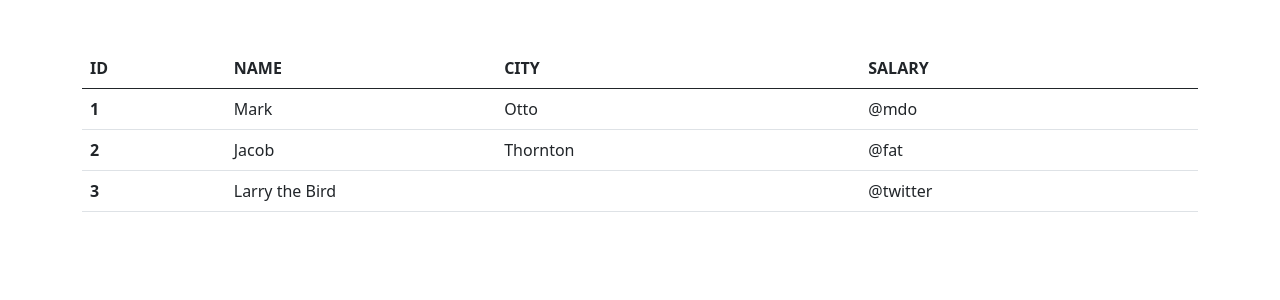
Repository: raypritam49000/SpringFrameworkProjects
Page: http://localhost/SpringMvcHibernateTemplateDemo/WEB-INF/views/index.jsp
These files come from the project's save history. The page is drawn as it stood at one moment and after the next save; the edit follows.
The browser window is 1280 px wide. The pictures show the whole page.
The page is served by Tomcat 9. Nobody is signed in. Other server files are loaded and not shown. The template is opened directly, without the code that normally fills it, so the values that code supplies are empty.

Above is the page before, as saved 2022-08-01 11:02:28.

### SpringMvcHibernateTemplateDemo/src/main/webapp/WEB-INF/views/index.jsp
<%@ page language="java" contentType="text/html; charset=ISO-8859-1"
	pageEncoding="ISO-8859-1"%>
<%@ taglib prefix="c" uri="http://java.sun.com/jsp/jstl/core"%>
<!DOCTYPE html>
<html>
<head>
<meta charset="ISO-8859-1">
<title>List Of User</title>
<%@ include file="bootstrap.jsp"%>
</head>
<body>
	<div class="container mt-5">
		<table class="table">
			<thead>
				<tr>
					<th scope="col">ID</th>
					<th scope="col">NAME</th>
					<th scope="col">CITY</th>
					<th scope="col">SALARY</th>
				</tr>
			</thead>
			<tbody>
				<tr>
					<th scope="row">1</th>
					<td>Mark</td>
					<td>Otto</td>
					<td>@mdo</td>
				</tr>
				<tr>
					<th scope="row">2</th>
					<td>Jacob</td>
					<td>Thornton</td>
					<td>@fat</td>
				</tr>
				<tr>
					<th scope="row">3</th>
					<td colspan="2">Larry the Bird</td>
					<td>@twitter</td>
				</tr>
			</tbody>
		</table>
	</div>
</body>
</html>

### SpringMvcHibernateTemplateDemo/src/main/webapp/WEB-INF/views/bootstrap.jsp
<link
	href="https://cdn.jsdelivr.net/npm/bootstrap@5.0.2/dist/css/bootstrap.min.css"
	rel="stylesheet"
	integrity="sha384-EVSTQN3/azprG1Anm3QDgpJLIm9Nao0Yz1ztcQTwFspd3yD65VohhpuuCOmLASjC"
	crossorigin="anonymous">

<link
	href="https://cdn.jsdelivr.net/npm/bootstrap@5.0.2/dist/css/bootstrap.min.css"
	rel="stylesheet"
	integrity="sha384-EVSTQN3/azprG1Anm3QDgpJLIm9Nao0Yz1ztcQTwFspd3yD65VohhpuuCOmLASjC"
	crossorigin="anonymous">

<script
	src="https://cdn.jsdelivr.net/npm/@popperjs/core@2.9.2/dist/umd/popper.min.js"
	integrity="sha384-IQsoLXl5PILFhosVNubq5LC7Qb9DXgDA9i+tQ8Zj3iwWAwPtgFTxbJ8NT4GN1R8p"
	crossorigin="anonymous"></script>
<script
	src="https://cdn.jsdelivr.net/npm/bootstrap@5.0.2/dist/js/bootstrap.min.js"
	integrity="sha384-cVKIPhGWiC2Al4u+LWgxfKTRIcfu0JTxR+EQDz/bgldoEyl4H0zUF0QKbrJ0EcQF"
	crossorigin="anonymous"></script>

After the next save:
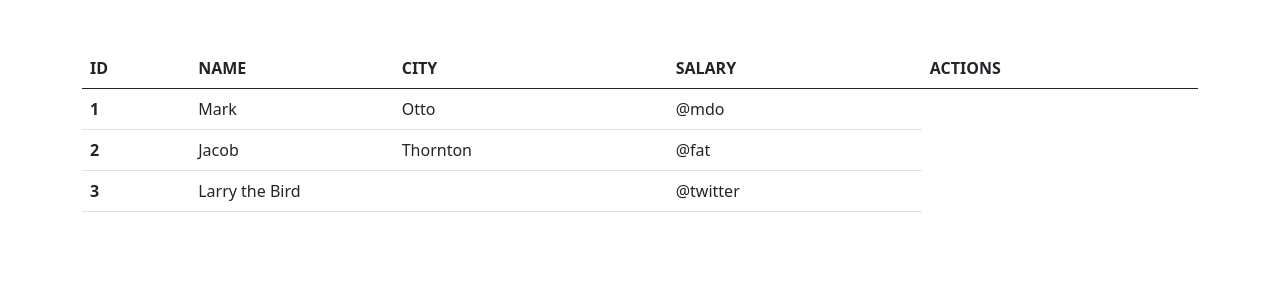
Saved 23 s later.
--- a/SpringMvcHibernateTemplateDemo/src/main/webapp/WEB-INF/views/index.jsp
+++ b/SpringMvcHibernateTemplateDemo/src/main/webapp/WEB-INF/views/index.jsp
@@ -17,6 +17,7 @@
 					<th scope="col">NAME</th>
 					<th scope="col">CITY</th>
 					<th scope="col">SALARY</th>
+					<th scope="col">ACTIONS</th>
 				</tr>
 			</thead>
 			<tbody>
